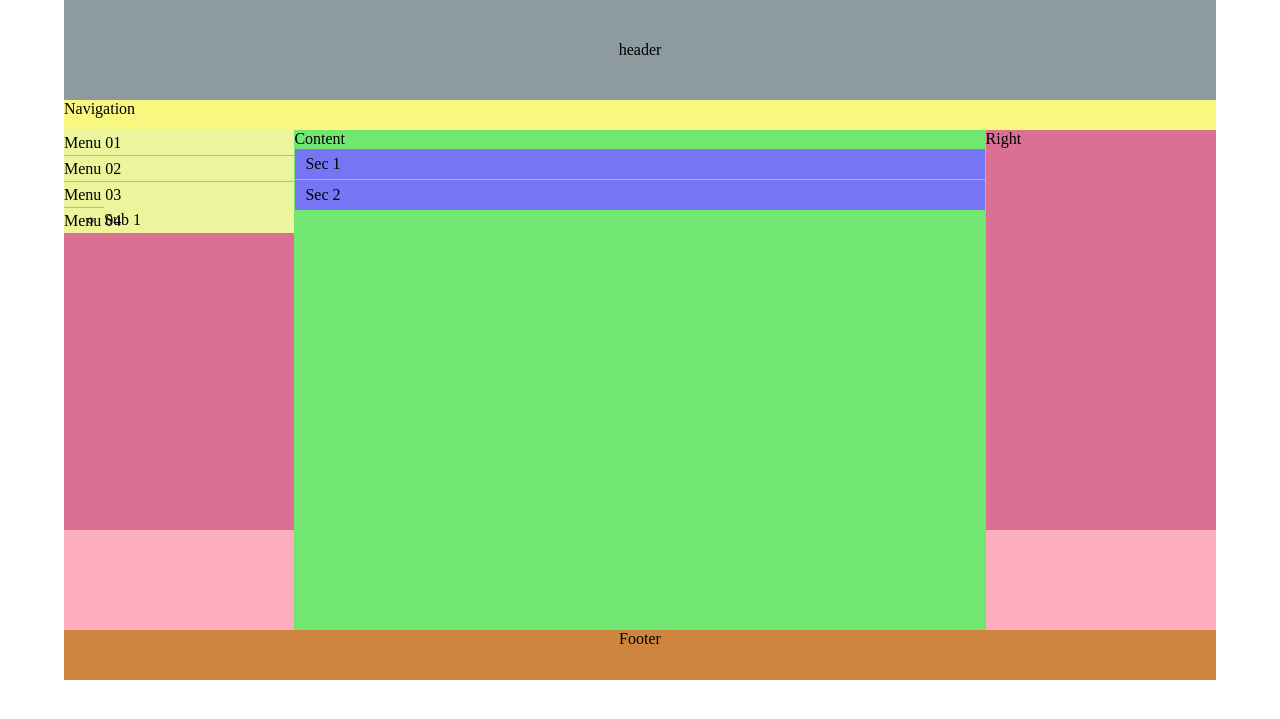
Repository: cvTuananh/Wed-famework
Page: Lab04/lab04/demo04.html
These files come from the project's save history. The page is drawn as it stood at one moment and after the next save; the edit follows.
The browser window is 1280 px wide. The pictures show the whole page.

Above is the page before, as saved 2021-09-28 19:15:35.

After the next save:
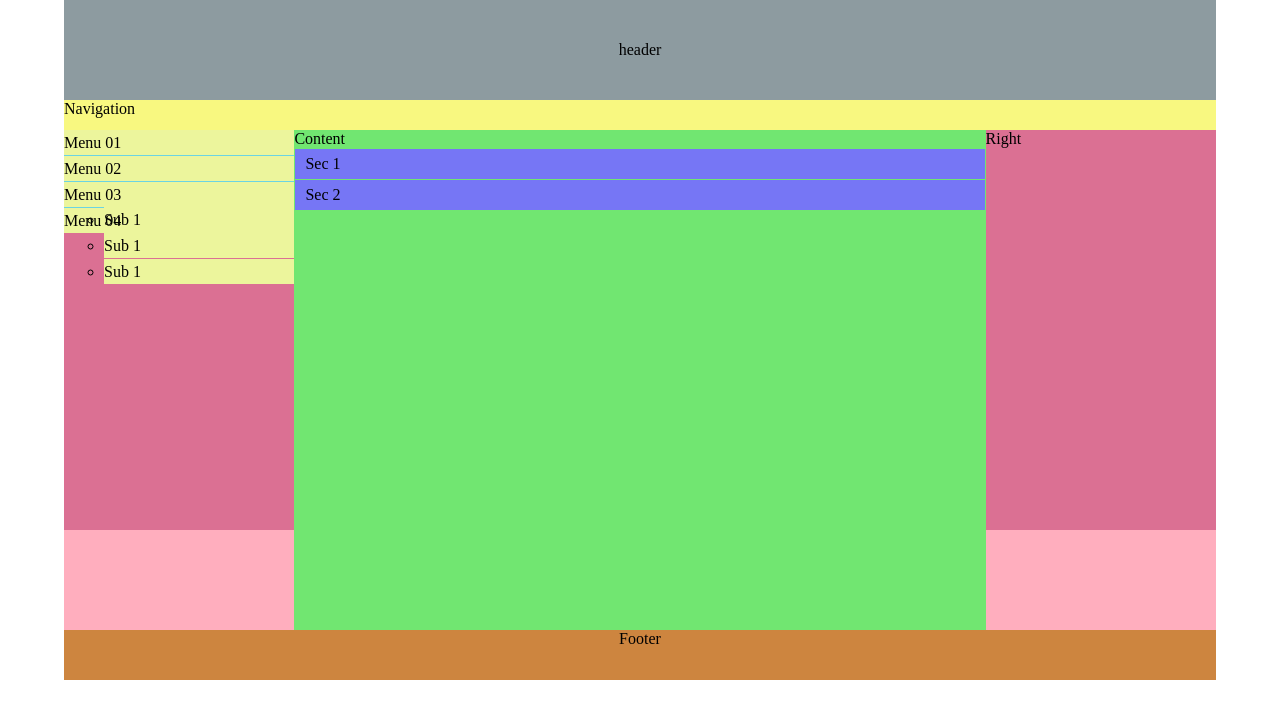
Saved 8 s later.
--- a/Lab04/lab04/demo04.html
+++ b/Lab04/lab04/demo04.html
@@ -18,6 +18,8 @@
                 <li>Menu 03
                     <ul>
                         <li>Sub 1</li>
+                        <li>Sub 1</li>
+                        <li>Sub 1</li>
                     </ul>
                 </li>
                 <li>Menu 04</li>
